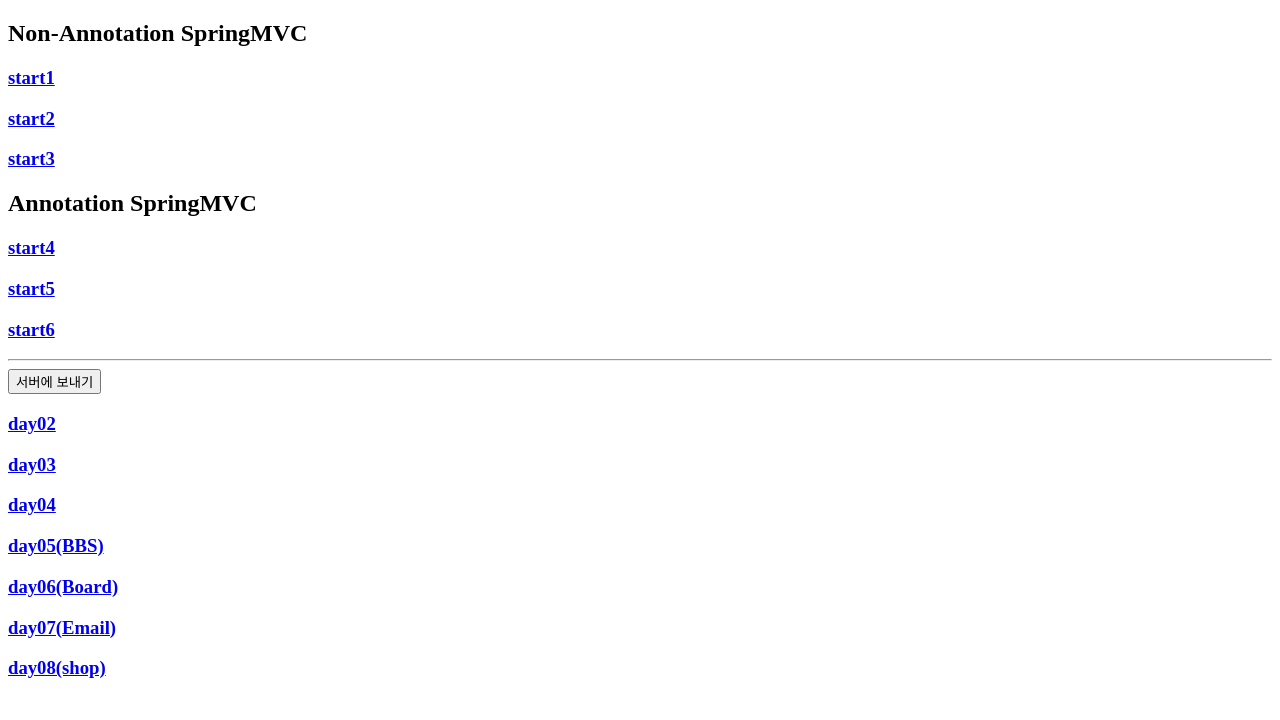
Repository: xlz5000/ICT
Page: http://localhost/spring_mvc02/WEB-INF/views/index.jsp
The author's editor kept a copy of each file at every save. The page is drawn from the files as they stood at one save, then again after the next save.
The browser window is 1280 px wide. The pictures show the whole page.
The page is served by Tomcat 9. Nobody is signed in. The template is opened directly, without the code that normally fills it, so the values that code supplies are empty.

Above is the page before, as saved 2025-04-18 03:12:40.

After the next save:
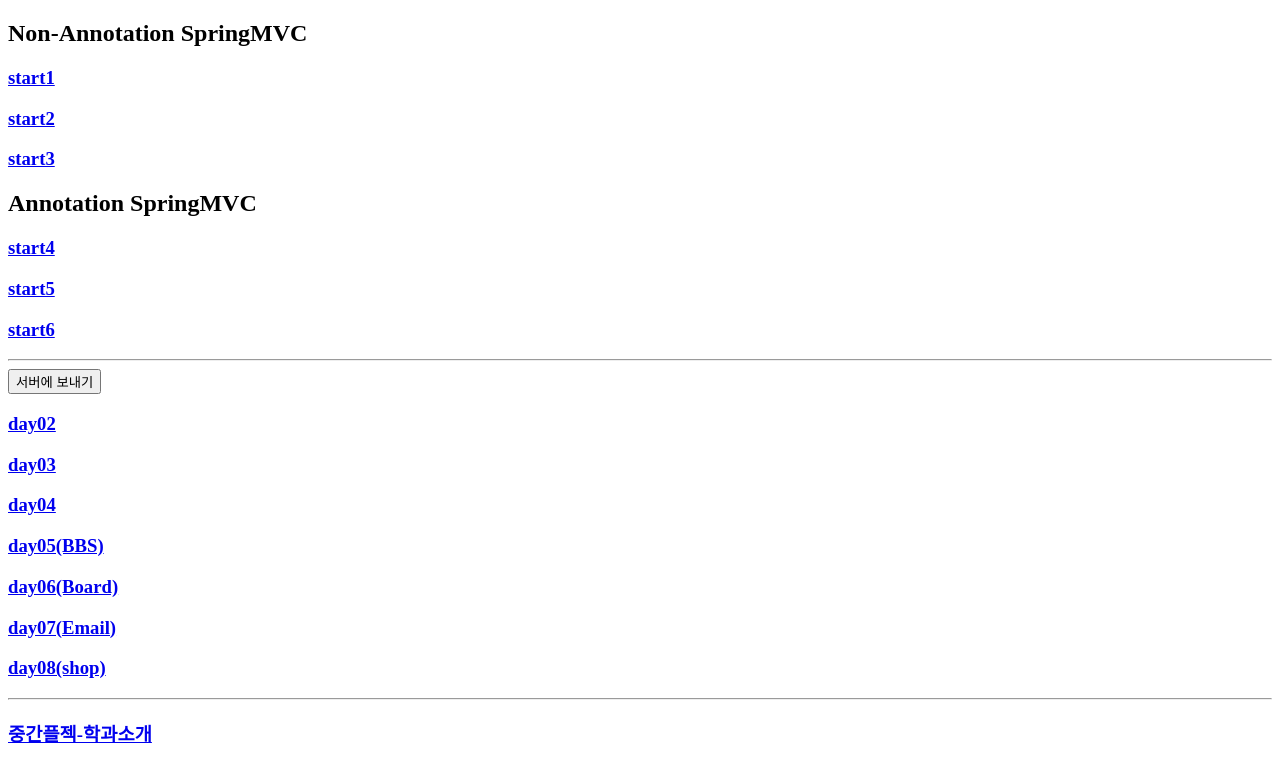
Saved 2 days later.
--- a/spring_mvc02/src/main/webapp/WEB-INF/views/index.jsp
+++ b/spring_mvc02/src/main/webapp/WEB-INF/views/index.jsp
@@ -39,6 +39,9 @@
 	<h3><a href="/day07">day07(Email)</a></h3>
 	<h3><a href="/day08">day08(shop)</a></h3>
 
+	<hr>
+	<h3><a href="/main_dept">중간플젝-학과소개</a></h3>
+
 
 
 
